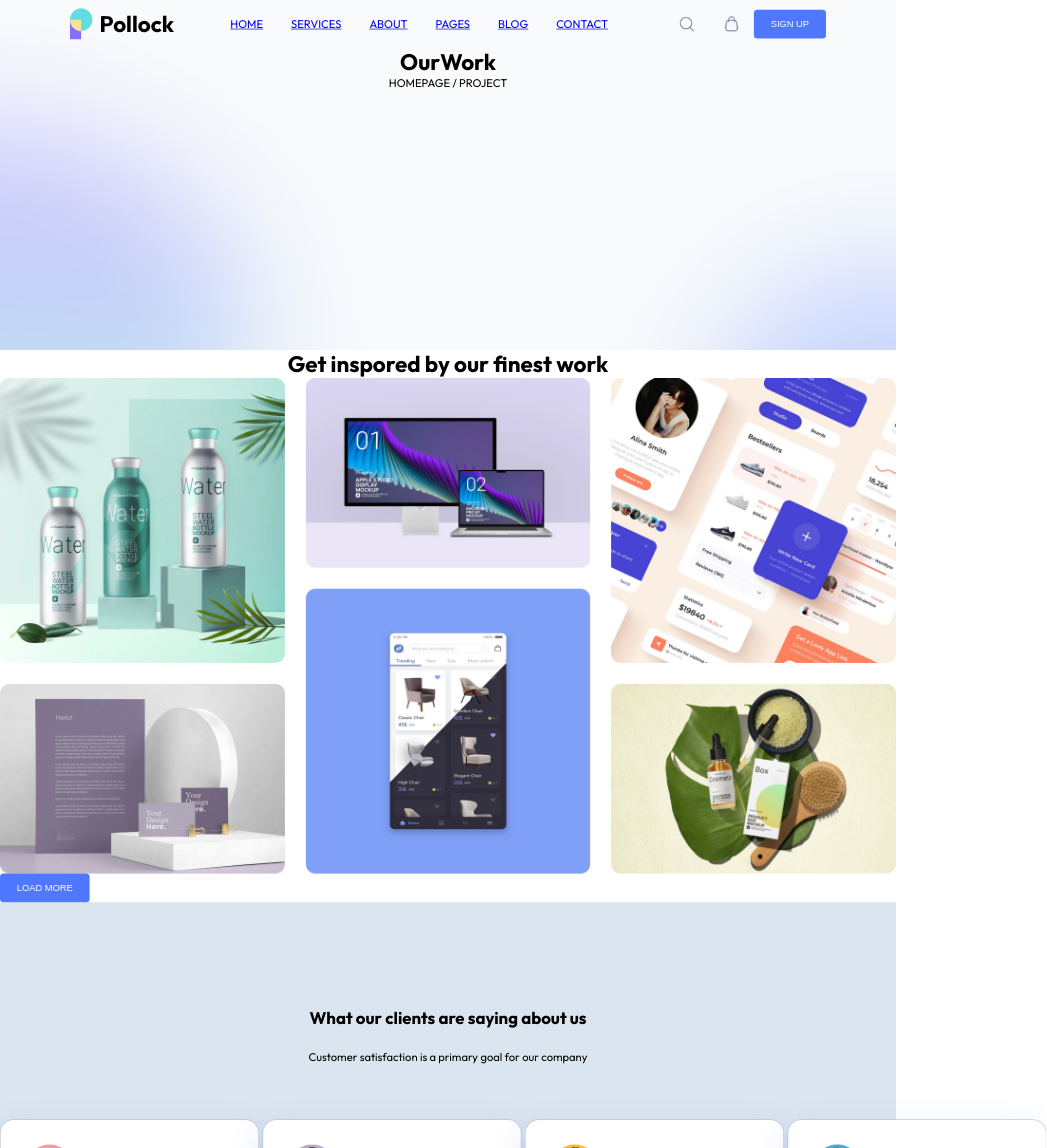
Repository: Nam936/exercises
Page: index.html
The author's editor kept a copy of each file at every save. The page is drawn from the files as they stood at one save, then again after a run of saves.
The browser window is 1280 px wide. The page is 1495 px wide, then 1280 px, then 1495 px, so the pictures cover 1495 px, including what lies to the right of the window. The pictures show the part of the page from y = 0 to 1640 px (the page is 2070 px tall before and 2999 px after), at 70% of full size.

Above is the page before, as saved 2022-12-30 13:43:31.

### index.html
<!DOCTYPE html>
<html lang="en">
<head>
    <meta charset="UTF-8">
    <meta http-equiv="X-UA-Compatible" content="IE=edge">
    <meta name="viewport" content="width=device-width, initial-scale=1.0">
    <title>Pollock</title>
    <link href="https://fonts.googleapis.com/css2?family=Outfit:wght@400;500;600;700&display=swap" rel="stylesheet">
    <link rel="stylesheet" href="style.css">
</head>
<body>
<div id="wrap">
    <div class="bg_header">
        <div class="container">
            <div class="header">
                <div class="menu_header">
                    <h1 class="logo">
                        <img src="/img/Frame_header.png" alt="logo">
                        <p class="txt_header">Pollock</p>
                    </h1>
                    <div class="lst_header">
                        <ul>
                            <li><a href="#">HOME</a></li>
                            <li><a href="#">SERVICES</a></li>
                            <li><a href="#">ABOUT</a></li>
                            <li><a href="#">PAGES</a></li>
                            <li><a href="#">BLOG</a></li>
                            <li><a href="#">CONTACT</a></li>
                        </ul>
                        </div>
                        <div class="icon_header">
                            <img class="search" src="/img/Iconex/Search_header.png" alt="">
                            <img class="cart" src="/img/Iconex/Bag_header.png" alt="">
                            <button>SIGN UP</button>
                        </div>
                    </div>
                </div>
                <div class="txt_ct">
                    <h1>OurWork</h1>
                    <p>HOMEPAGE / PROJECT</p>
                </div>
            </div>
        </div>
    </div>
    <div class="main">
        <div class="tit_main">
            <h1>Get inspored by our finest work</h1>
        </div>
            <div class="prod_main">
                <div class="prod_itm">
                    <img src="/img/main_img/1.png "alt="">
                    <img src="/img/main_img/2.png" alt="">
                </div>
                <div class="prod_itm">
                    <img src="/img/main_img/3.png" alt="">
                    <img src="/img/main_img/4.png" alt="">
                </div>
                <div class="prod_itm">
                    <img src="/img/main_img/5.png" alt="">
                    <img src="/img/main_img/6.png" alt="">
            </div>
        </div>
        <div class="button">
            <button>LOAD MORE</button>
        </div>



    <div class="member">
        <div class="head_mem">
            <div class="tit_mem">
                <h2>What our clients are saying about us</h2>
                <p>Customer satisfaction is a primary goal for our company</p>
            </div>
            <!-- <div class="scroll"></div> -->
        </div>
        <div class="slide">
            <div class="tag">
                <div class="tag_itm">
                    <div class="tag_avatar">
                        <div class="tag_cont">
                            <img src="/img/avatar/Avatar.png" alt="">
                            <div class="name_mem">
                                <span>Monica Smith</span>
                                <p>Brand & Co</p>
                            </div>
                        </div>
                    </div>
                    <div class="txt">
                        <strong>Amazing!!</strong>
                        <p>Overall experience is awesome!! I'm a visual thinker, and I couldn't function without a tool like this.</p>
                    </div>
                </div>
            </div>
            <div class="tag">
                <div class="itm">
                    <div class="tag_avatar">
                        <div class="tag_cont">
                            <img src="/img/avatar/Avatar2.png" alt="">
                            <div class="name_mem">
                                <span>Vincent Smith</span>
                                <p>Brand & Co</p>
                            </div>
                        </div>

                    </div>
                    <div class="txt">
                        <strong>Amazing!!</strong>
                        <p>Overall experience is awesome!! I'm a visual thinker, and I couldn't function without a tool like this.</p>
                    </div>
                </div>
            </div>
            <div class="tag">
                <div class="tag_itm">
                    <div class="tag_avatar">
                        <dv class="tag_cont">
                            <img src="/img/avatar/Avatar3.png" alt="">
                            <div class="name_mem">
                                <span>Stella Smith</span>
                                <p>Brand & Co</p>
                            </div>
                        </dv>
                    </div>
                    <div class="txt">
                        <strong>Amazing!!</strong>
                        <p>Overall experience is awesome!! I'm a visual thinker, and I couldn't function without a tool like this.</p>
                    </div>
                </div>
            </div>
            <div class="tag">
                <div class="tag_itm">
                    <div class="tag_avatar">
                        <div class="tag_cont">
                            <img src="/img/avatar/Avatar4.png" alt="">
                            <div class="name_mem">
                                <span>Thomas Smith</span>
                                <p>Brand & Co</p>
                            </div>
                        </div>
                    </div>
                    <div class="txt">
                        <strong>Amazing!!</strong>
                        <p>Overall experience is awesome!! I'm a visual thinker, and I couldn't function without a tool like this.</p>
                    </div>
                </div>
            </div>
        </div>
    </div>
    </div>

</div>
</body>
</html>

### style.css
* {
    margin: 0;
    padding: 0;
    box-sizing: border-box;
}
body{
    font-family: 'Outfit', sans-serif;
}

.bg_header{
    width: 100%;
    height: 500px;
    background-image: url(/img/Hero_background.png);
}
.container{
    max-width: 1170px;
    margin: 0px auto;
    padding: 0px 15px;
    width: 100%;
}
header{display: flex;}
.menu_header{display: flex;justify-content: space-around;align-items: center;}
.menu_header img{width: 32px; height: 44px;}
.logo {display: flex; align-items: center;}
.txt_header{padding-left: 10px;}
.lst_header ul{display: flex; list-style-type: none;}
.lst_header ul li{margin: 22px 20px;}

.icon_header{display: flex; align-items: center;}
.icon_header img{ width: 24px; height: 24px;}
.cart,.search{margin: 22px 20px;}
button{background-color:#4F77FF; border: 0px; border-radius: 5px; padding:13px 24px; color: #fff;}

.txt_ct{text-align: center;}


/* main_content */
.tit_main{text-align: center;}



/* .prod_main div{margin: 30px;} */

.prod_main{display:flex; gap: 30px;}
img{display: block; width: 100%;}
.prod_itm :first-child{margin-bottom: 30px;}

/* member style */
.member{background:#dbe5f0; width: 100%; height: 781px;}
.head_mem{margin-bottom: 80px;}
.tit_mem{text-align: center; padding-top: 120px;}
h2{margin: 30px;}

/*      */
.slide{display: grid; grid-template-columns: 375px 375px 375px 375px ;}

.tag{width: 370px; height: 350px; border: 1px solid rgba(0,0,0,0.2); border-radius: 20px; background: #fff;box-shadow: 0px 20px 50px rgba(79, 119, 255, 0.2); }
.tag_avatar img{display: block; width: 70px; height: 70px;}
.tag_avatar{padding: 35px;}
.name_mem{text-align: center;}

After the next 2 saves:
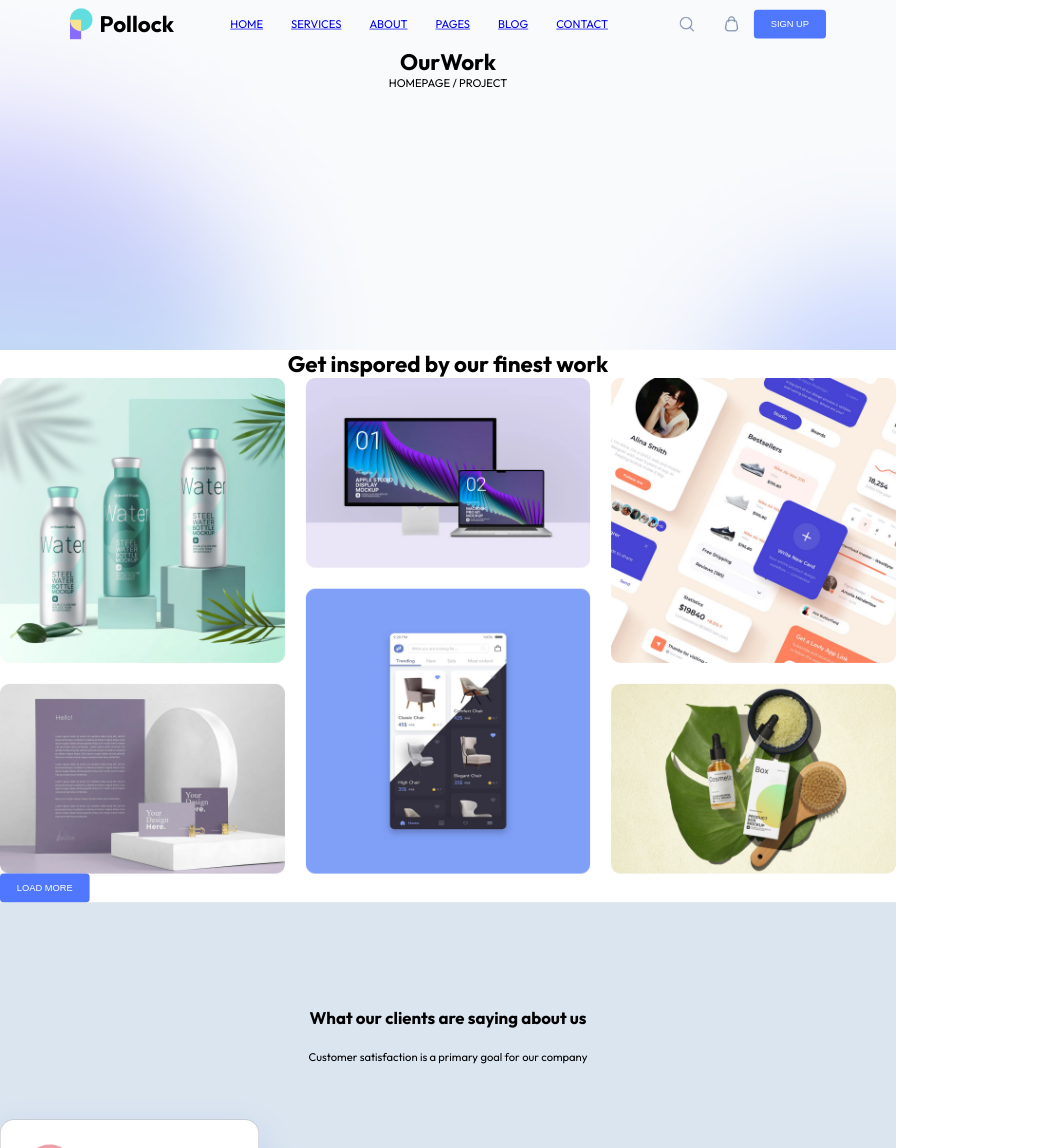
The 2 saves are shown as one change because they came seconds apart.
The last was saved 9 s later.
--- a/style.css
+++ b/style.css
@@ -52,7 +52,7 @@
 h2{margin: 30px;}
 
 /*      */
-.slide{display: grid; grid-template-columns: 375px 375px 375px 375px ;}
+.slide{display: grid; grid-template-columns: ;}
 
 .tag{width: 370px; height: 350px; border: 1px solid rgba(0,0,0,0.2); border-radius: 20px; background: #fff;box-shadow: 0px 20px 50px rgba(79, 119, 255, 0.2); }
 .tag_avatar img{display: block; width: 70px; height: 70px;}

After the 2 saves that followed:
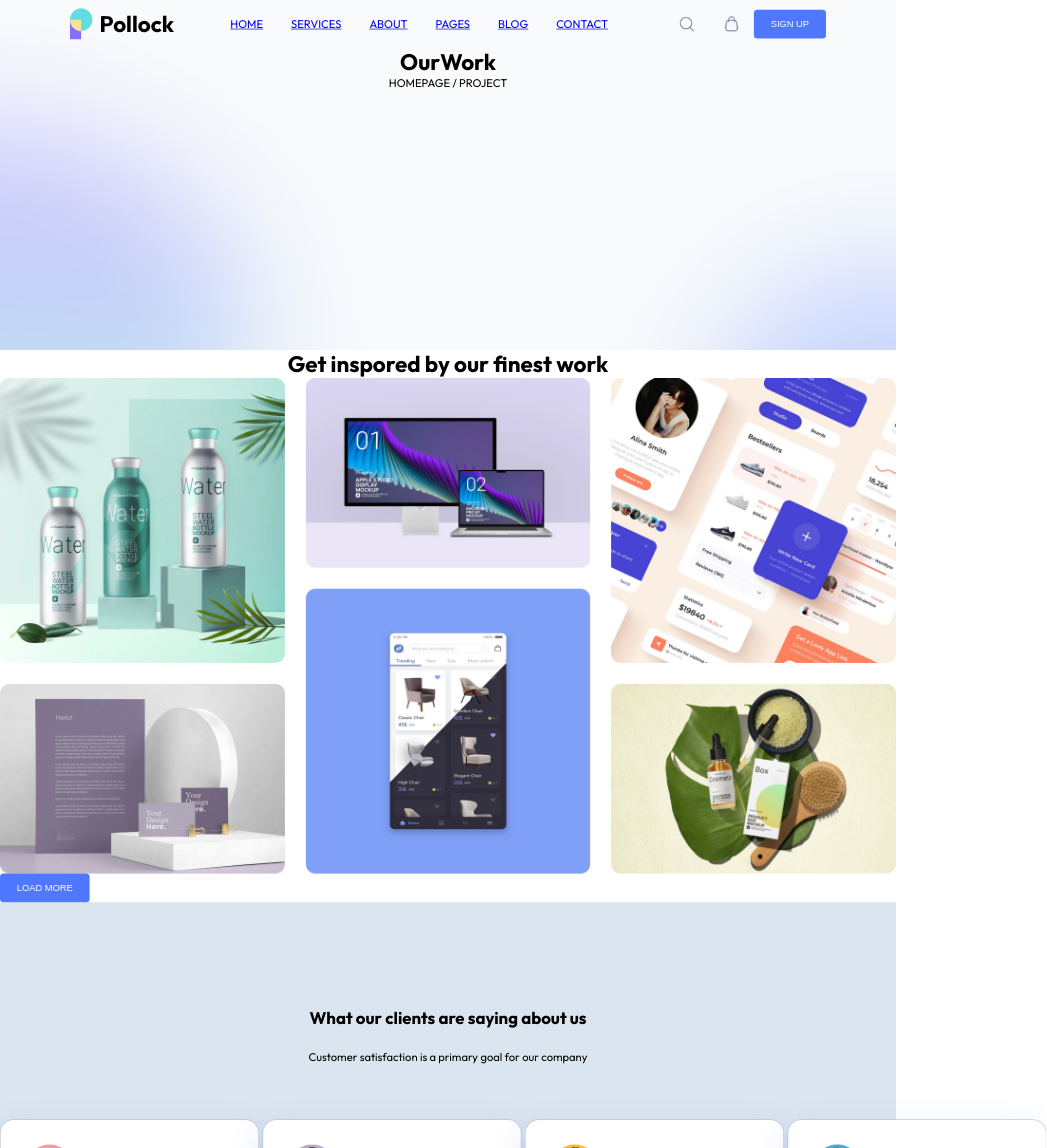
The 2 saves are shown as one change because they came seconds apart.
The last was saved 59 s later.
--- a/style.css
+++ b/style.css
@@ -52,7 +52,7 @@
 h2{margin: 30px;}
 
 /*      */
-.slide{display: grid; grid-template-columns: ;}
+.slide{display: grid; grid-template-columns: 375px 375px 375px 375px ;}
 
 .tag{width: 370px; height: 350px; border: 1px solid rgba(0,0,0,0.2); border-radius: 20px; background: #fff;box-shadow: 0px 20px 50px rgba(79, 119, 255, 0.2); }
 .tag_avatar img{display: block; width: 70px; height: 70px;}
